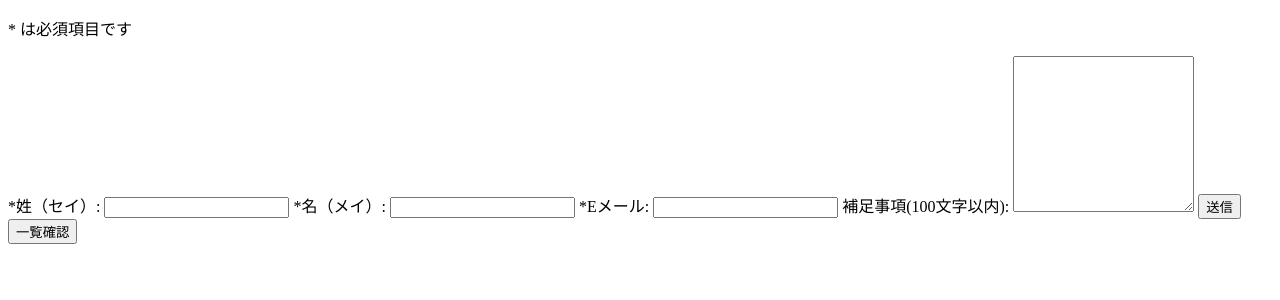
Repository: yoshiryoryo/phpform2
Page: http://localhost/
These files come from the project's save history. The page is drawn as it stood at one moment and after the next save; the edit follows.
The browser window is 1280 px wide. The pictures show the whole page.
The page is run by PHP 8.4 with error messages shown; the project is at /var/www/html/.

Above is the page before, as saved 2021-03-06 23:55:53.

### index.php
<?php

// セッションIDは個人を識別するために必要なID
session_start();
function generateToken()
{
    // セキュリティ上他者からの予測を困難にするため、乱数を設定する
    $bytes = openssl_random_pseudo_bytes(16);
    return bin2hex($bytes);
}
$token = generateToken();
$_SESSION['token'] = $token;




?>

<!DOCTYPE html>
<html lang="ja">
<head>
    <title>入力フォーム</title>
</head>
<body>
    <p>* は必須項目です</p>
    <form action="validation.php" method="get">
        <input type="hidden" value="$token">
        <label for="sei">*姓（セイ）:</label>
        <input type="text" name="sei" id="sei">
        <label for="mei">*名（メイ）:</label>
        <input type="text" name="mei" id="mei">
        <label for="email">*Eメール:</label>
        <input type="text" name="email" id="email">
        <label for="content">補足事項(100文字以内):</label>
        <textarea rows="10" name="content" id="content">
            </textarea>
        <input type="submit" value="送信">
    </form>
    <form action="member.php">
        <input type="submit" value="一覧確認">
    </form>

</body>
</html>

After the next save:
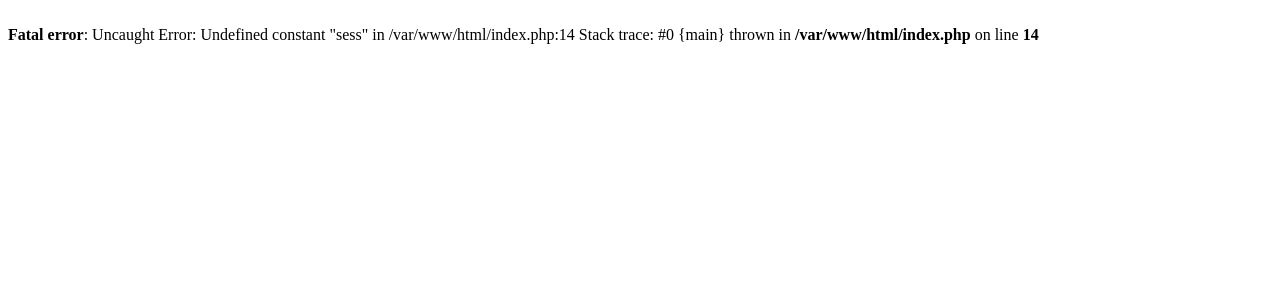
Saved 22 s later.
--- a/index.php
+++ b/index.php
@@ -11,7 +11,7 @@ function generateToken()
 $token = generateToken();
 $_SESSION['token'] = $token;
 
-
+sess
 
 
 ?>
